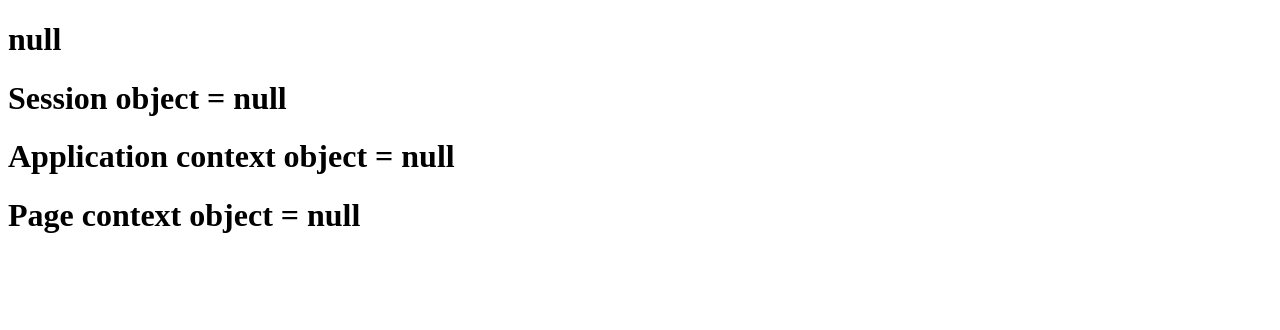
Repository: edwinisnow/jsp-servlets-demo
Page: http://localhost/SimpleServletProject/object.jsp
The author's editor kept a copy of each file at every save. The page is drawn from the files as they stood at one save, then again after the next save.
The browser window is 1280 px wide. The pictures show the whole page.
The page is served by Tomcat 9.

Above is the page before, as saved 2024-05-06 22:14:39.

After the next save:
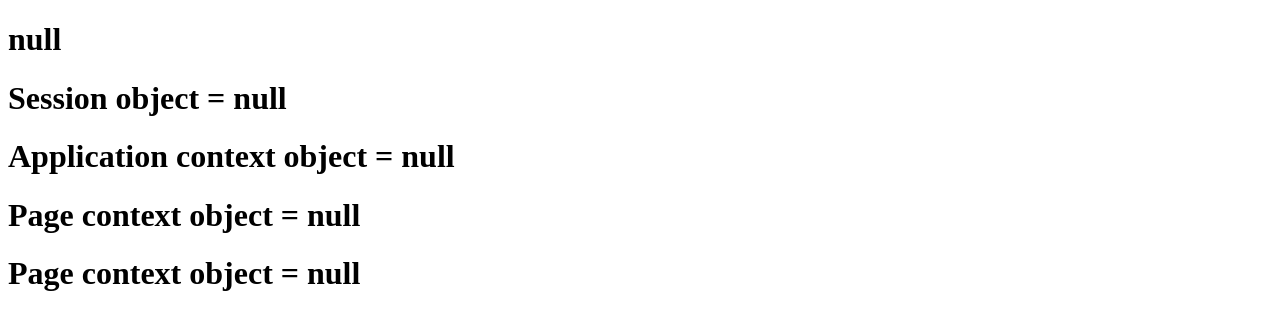
Saved 68 s later.
--- a/SimpleServletProject/src/main/webapp/object.jsp
+++ b/SimpleServletProject/src/main/webapp/object.jsp
@@ -20,6 +20,7 @@
 <h1><%=userName %></h1>
 <h1>Session object = <%=session.getAttribute("sessionUserName") %></h1>
 <h1>Application context object = <%=application.getAttribute("applicationUserName") %></h1>
+<h1>Page context object = <%=application.getAttribute("applicationUserName") %></h1>
 <h1>Page context object = <%=pageContext.getAttribute("pageContextUserName") %></h1>
 </body>
 </html>
